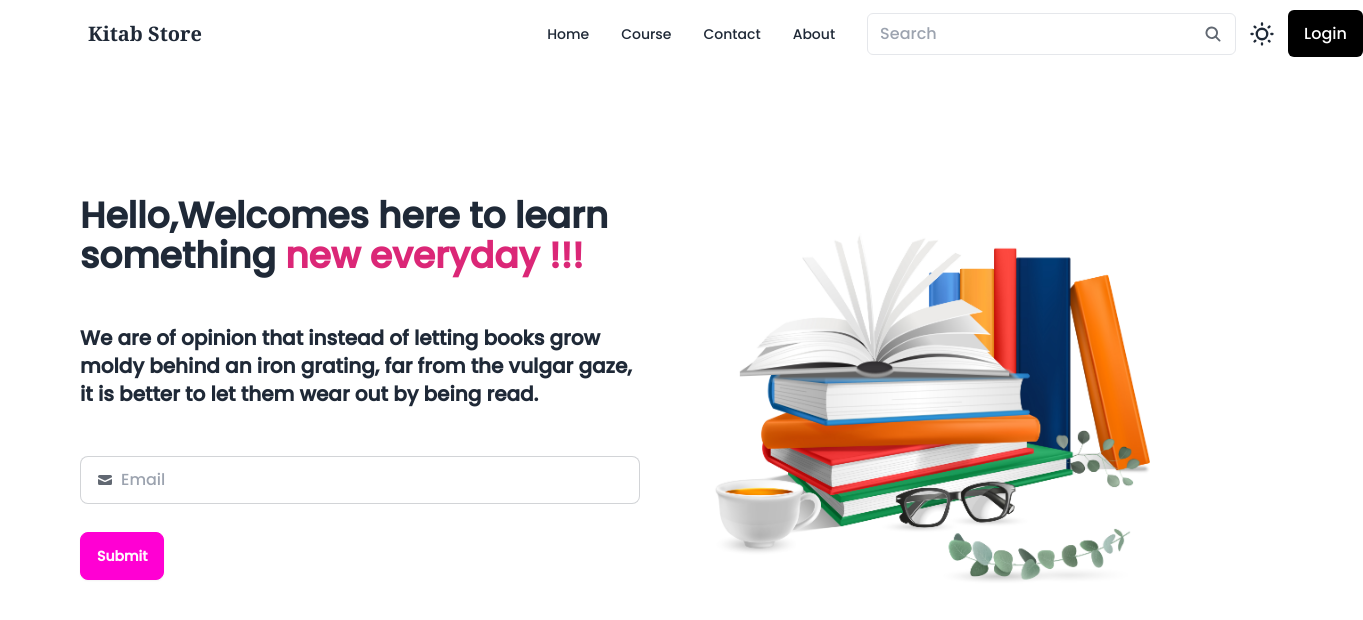
Repository: diensy/Kitab.com
Page: / (app in Frontend/)
These files come from the project's save history. The page is drawn as it stood at one moment and after a run of saves; the edit follows.
The browser window is 1280 px wide. The page is 1363 px wide, so the pictures cover 1363 px, including what lies to the right of the window. The pictures show the whole page.
The project was rebuilt for these pictures with package versions that can differ from the ones it lists, and the page was loaded fresh each time. Also part of the build but not shown: Frontend/vite.config.js.

Above is the page before, as saved 2024-07-28 23:56:04.

After the next 2 saves:
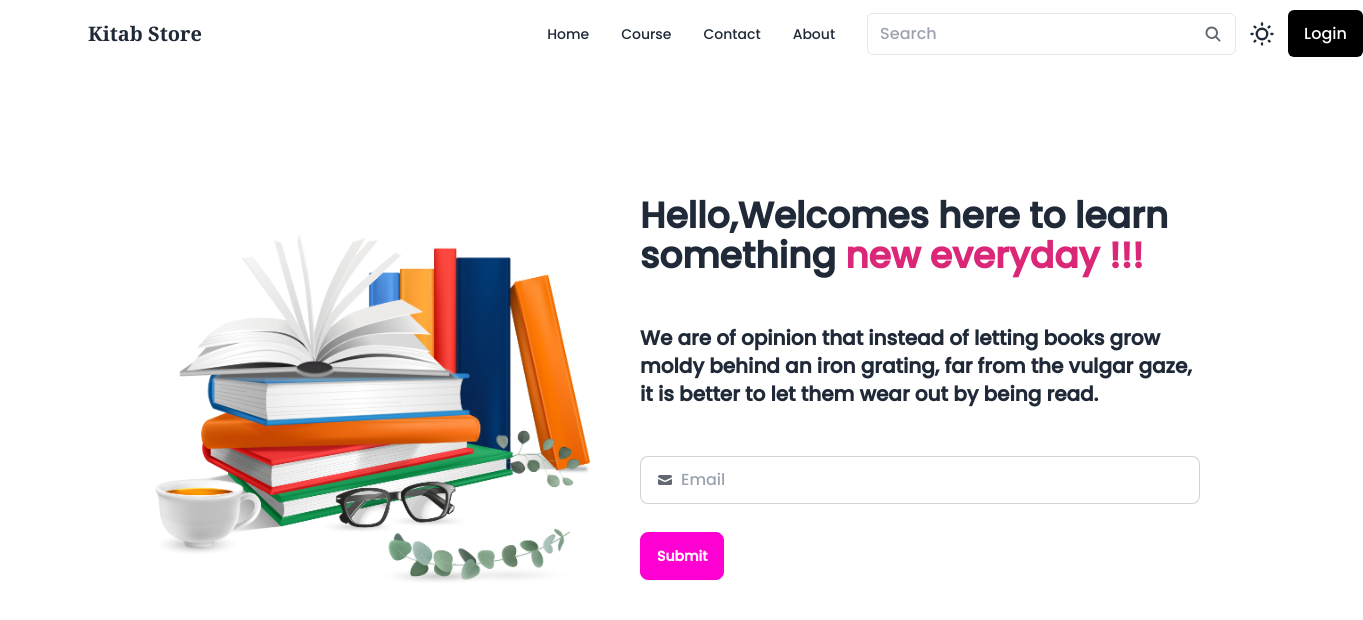
The 2 saves are shown as one change because they came seconds apart.
The last was saved 16 s later.
--- a/Frontend/src/Components/Banner.jsx
+++ b/Frontend/src/Components/Banner.jsx
@@ -4,7 +4,7 @@ const Banner = () => {
   return (
     <>
       <div className="max-w-screen-2xl container mx-auto md:px-20 px-4 flex flex-col md:flex-row">
-        <div className="w-full md:w-1/2 mt-12 md:mt-32">
+        <div className="w-full order-2 md:w-1/2 mt-12 md:mt-32">
           <div className="space-y-12">
             <h1 className="text-4xl font-bold">
               Hello,Welcomes here to learn something
